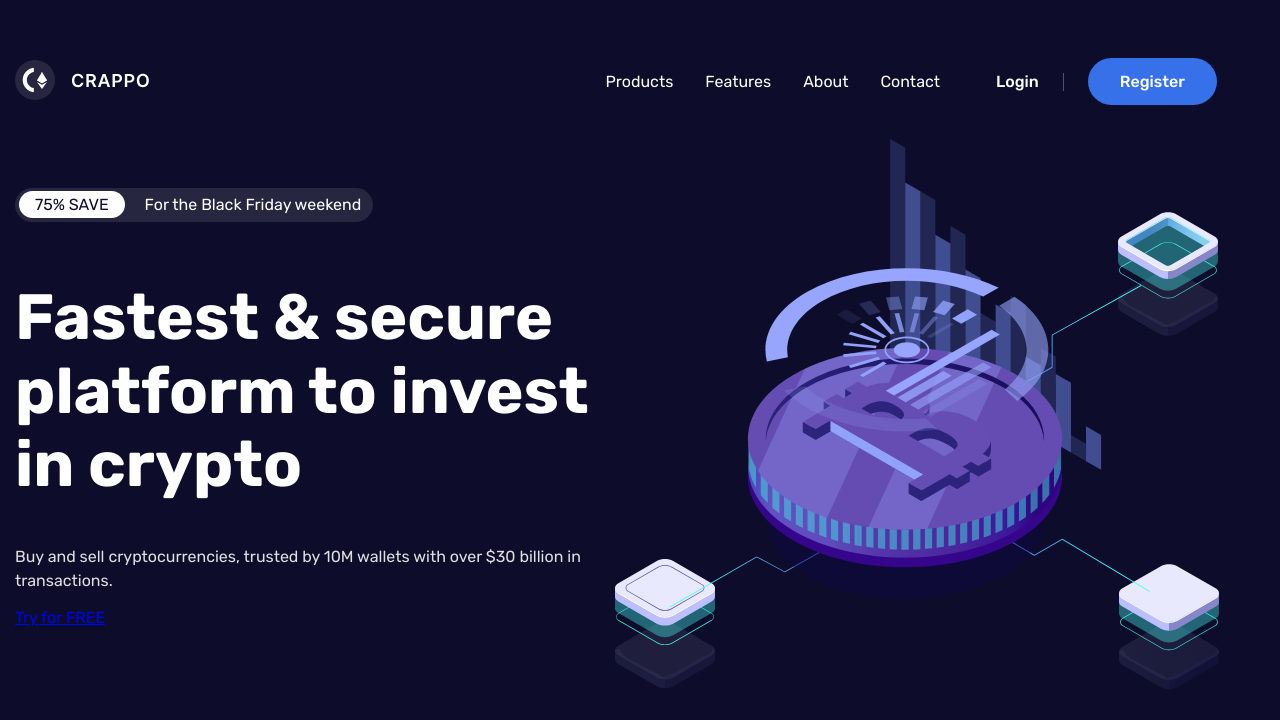
Repository: shtepaa/project-works.github.io
Page: crappo/index.html
These files come from the project's save history. The page is drawn as it stood at one moment and after a run of saves; the edit follows.
The browser window is 1280 px wide. The pictures show the whole page.

Above is the page before, as saved 2021-11-02 15:59:44.
Console error: TypeError: Cannot read properties of null (reading 'addEventListener')

### crappo/index.html
<!DOCTYPE html>
<html lang="en">
  <head>
    <meta charset="UTF-8" />
    <meta http-equiv="X-UA-Compatible" content="IE=edge" />
    <meta name="viewport" content="width=device-width, initial-scale=1.0" />
    <title>CRAPPO</title>
    <link
      rel="stylesheet"
      href="https://cdnjs.cloudflare.com/ajax/libs/normalize/8.0.1/normalize.min.css"
    />
    <link rel="stylesheet" href="./styles/style.css" />
  </head>
  <body>
    <!-- Початок навігації -->
    <header class="header">
      <a href="#" class="header-logo">
        <img src="./images/logo01.svg" alt="Logo" />
      </a>
      <nav>
        <ul class="nav">
          <li class="nav-item">
            <a href="#" class="nav-link">Products</a>
          </li>
          <li class="nav-item">
            <a href="#" class="nav-link">Features</a>
          </li>
          <li class="nav-item">
            <a href="#" class="nav-link">About</a>
          </li>
          <li class="nav-item">
            <a href="#" class="nav-link">Contact</a>
          </li>
          <li class="nav-item nav-item--login">
            <a href="#" class="nav-link nav-link--login">Login</a>
          </li>
          <li class="nav-item nav-item--register">
            <a href="#" class="nav-link nav-link--register">Register</a>
          </li>
        </ul>

      </nav>
    </header>
    <!-- Кінець навігації -->
    <!-- Перша секція -->
    <section>
      <div class="wrapper">
        <div class="main">
          <div class="main-text">
            <p class="main-text__sale">
              <span>75% SAVE</span>
              For the Black Friday weekend
            </p>
            <h1 class="main-text__title">
              Fastest & secure platform to invest in crypto
            </h1>
            <p class="main-text__description">
              Buy and sell cryptocurrencies, trusted by 10M wallets with over
              $30 billion in transactions.
            </p>
            <a href="#" class="main-text__link">Try for FREE</a>
          </div>
          <div class="main-img">
            <img src="./images/main.svg" alt="" class="main-img__image" />
          </div>
        </div>
      </div>
    </section>
<script src="./script.js"></script>
  </body>
</html>

### crappo/styles/style.css
@import url('https://fonts.googleapis.com/css2?family=Rubik:wght@400;500;700&display=swap');
:root {
    --white-rgb: 255,255,255;
    --purple:#2B076E;
    --dark: #0D0D2B;
    --blue: #3671E9;
    --white: #FFF;
}
body {
    font-family: 'Rubik', sans-serif;
    background-color: var(--dark);
    color: var(--white);
}
/* Початок навігації */
.header {
    justify-content: space-between;
    align-items: center;
    padding-right: 15px;
    padding-left: 15px;
    max-width: 1202px;
    margin-top: 60px;
    display: flex;
}
.nav {
    list-style-type: none;
    align-items: center;
    padding-left: 0;
    display: flex;
    margin: 0;
}
.nav-item {
    margin-left: 32px;
}
.nav-item--login{
    border-right: 1px solid rgba(242,242,242,0.3);
    padding-right: 24px;
    margin-left: 56px;
}
.nav-item--register {
    margin-left: 24px;
}
.nav-link {
    transition: cubic-bezier(0.445, 0.05, 0.55, 0.95);
    color: var(--white);
    text-decoration: none;
    font-size: 16px;
}
.nav-link:hover {
    color: var(--blue);
}
.nav-item--login {
    font-weight: 500;
}
.nav-link--register {
    background-color: var(--blue);
    border-radius: 32px;
    padding: 14px 32px;
    font-weight: 500;
}
.nav-link--register:hover {
    transition: cubic-bezier(0.445, 0.05, 0.55, 0.95);
    background-color: var(--purple);
    color: var(--white);
}
/* Кінець навігації */
.wrapper {
    min-width: 1202px;
    padding-right: 15px;
    padding-left: 15px;
    margin: 0 auto;
}
.main {
    display: flex;
    align-items: center;
}
.main-text {
    flex: 0 0 600px;
}
.main-text__sale {
    background-color: rgb(var(--white-rgb),0.1);
    display: inline-block;
    border-radius: 32px;
    padding: 8px 12px 8px 4px;
}
.main-text__sale span {
    background-color: var(--white);
    border-radius: 32px;
    color: var(--dark);
    margin-right: 16px;
    padding: 4px 16px;
}
.main-text__title {
    font-size: 64px;
    font-weight: 700;
}
.main-text__description {
    color: #E0E0E0;
    line-height: 1.5;
}
/* .main-img {
    flex-grow: 1;
} */
/* .main-img__image {
    width: 100%;
} */
@media screen and (max-width: 1180px) {
    .main-img__image {
        width: 50%;
    }

}
@media screen and (max-width: 940px) {
    .main-img__image {
        width: 23%;
    }

}
 /* Гамбургер */
 @media only screen and (max-width: 768px) {
    .nav-menu {
        position: fixed;
        left: -100%;
        top: 5rem;
        flex-direction: column;
        background-color: #fff;
        width: 100%;
        border-radius: 10px;
        text-align: center;
        transition: 0.3s;
        box-shadow:
            0 10px 27px rgba(0, 0, 0, 0.05);
    }

    .nav-menu.active {
        left: 0;
    }

    .nav-item {
        margin: 2.5rem 0;
    }

    .hamburger {
        display: block;
        cursor: pointer;
    }

}

### crappo/script.js
const hamburger = document.querySelector(".hamburger");
const navMenu = document.querySelector(".nav-menu");

hamburger.addEventListener("click", mobileMenu);

function mobileMenu() {
    hamburger.classList.toggle("active");
    navMenu.classList.toggle("active");
}

After the next 2 saves:
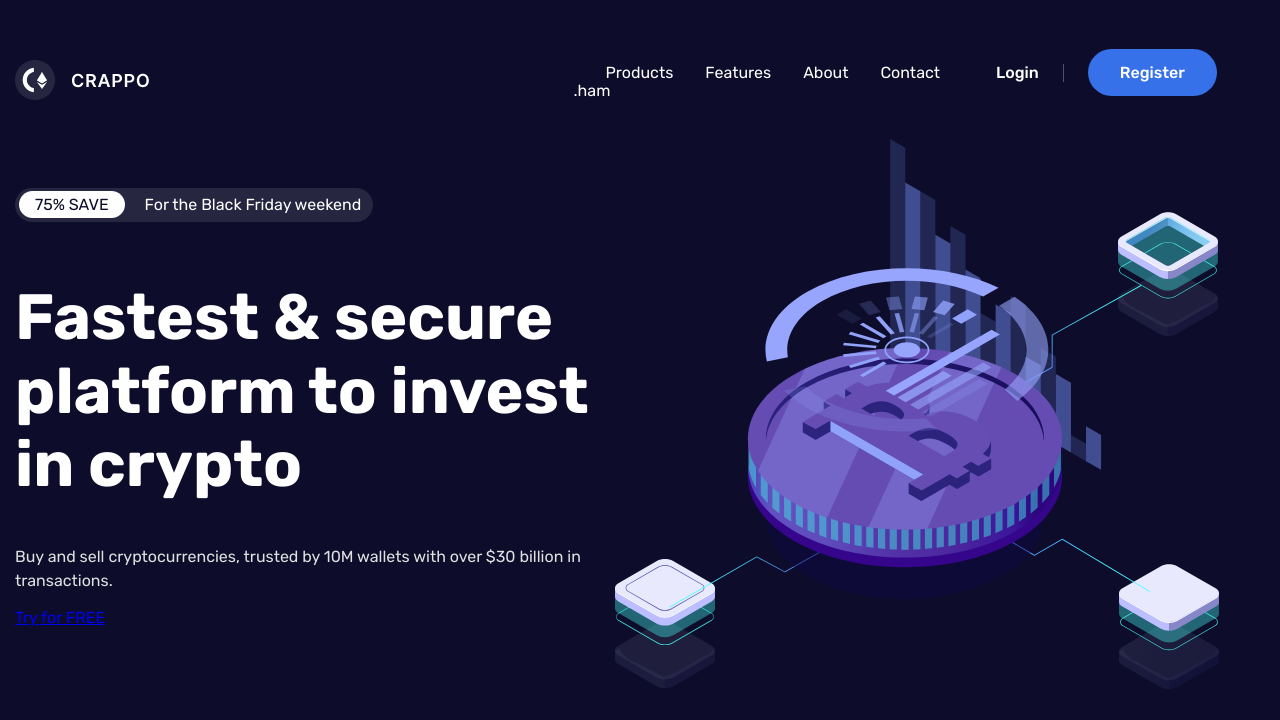
The 2 saves are shown as one change because they came seconds apart.
The last was saved 7 s later.
--- a/crappo/index.html
+++ b/crappo/index.html
@@ -38,7 +38,7 @@
             <a href="#" class="nav-link nav-link--register">Register</a>
           </li>
         </ul>
-
+        .ham
       </nav>
     </header>
     <!-- Кінець навігації -->

After the 3 saves that followed:
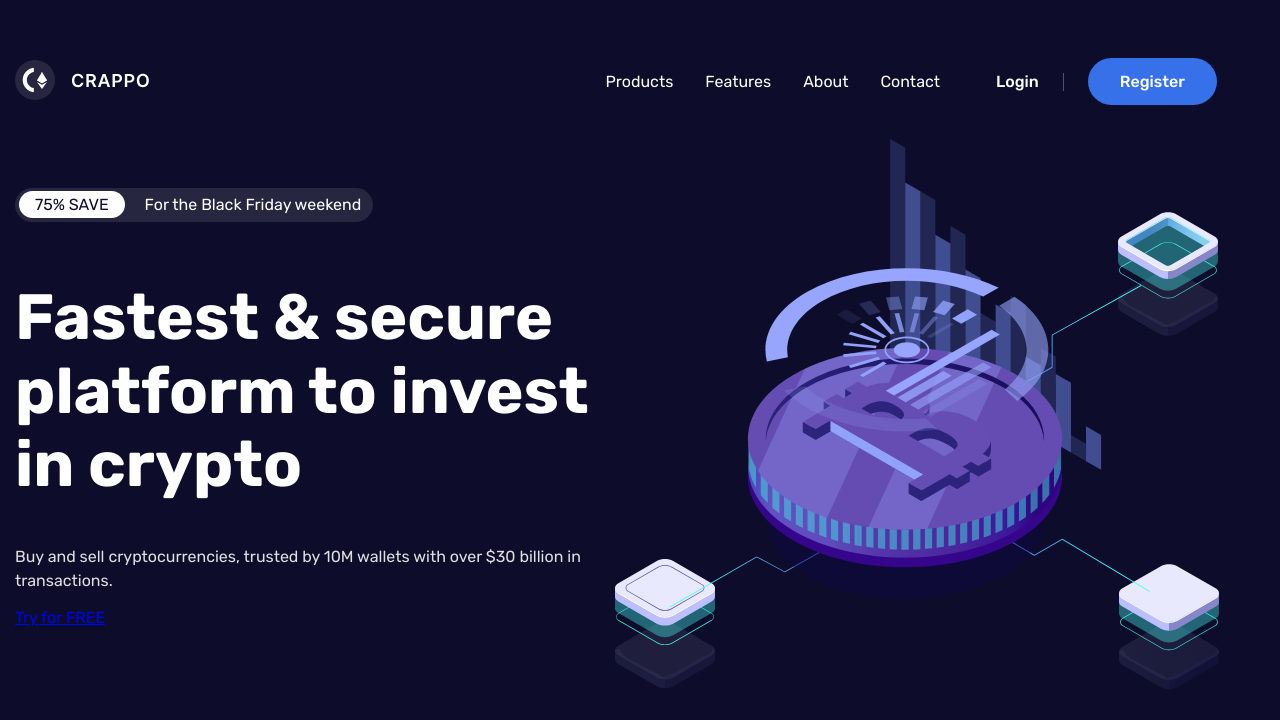
The error is gone.
The 3 saves are shown as one change because they came seconds apart.
The last was saved 9 s later.
--- a/crappo/index.html
+++ b/crappo/index.html
@@ -38,7 +38,9 @@
             <a href="#" class="nav-link nav-link--register">Register</a>
           </li>
         </ul>
-        .ham
+        <div class="hamburger">
+
+        </div>
       </nav>
     </header>
     <!-- Кінець навігації -->
